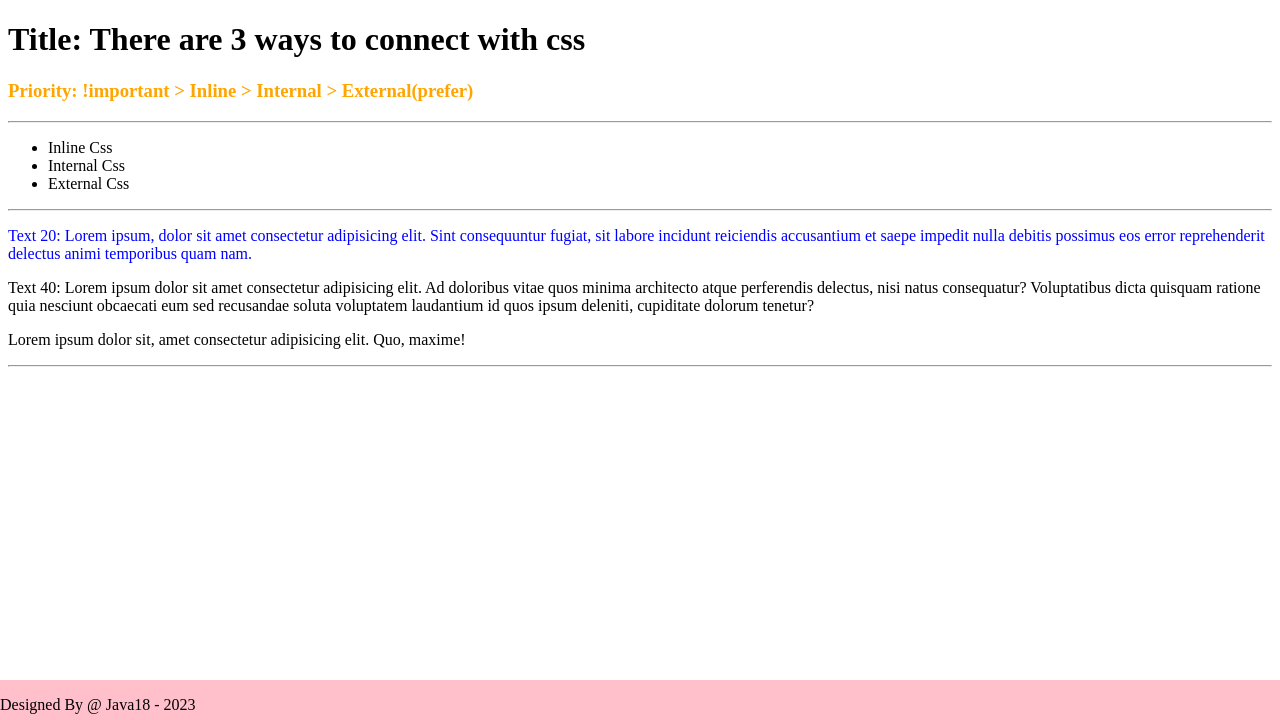
Repository: j4tdn/java18-repository
Page: 2. CSS3/ex02-css-selector-class-id.html
An editor plug-in stored every save of this project. The page is shown before and after the next save, followed by the edit.
The browser window is 1280 px wide. The pictures show the whole page.

Above is the page before, as saved 2023-10-21 17:59:54.

After the next save:
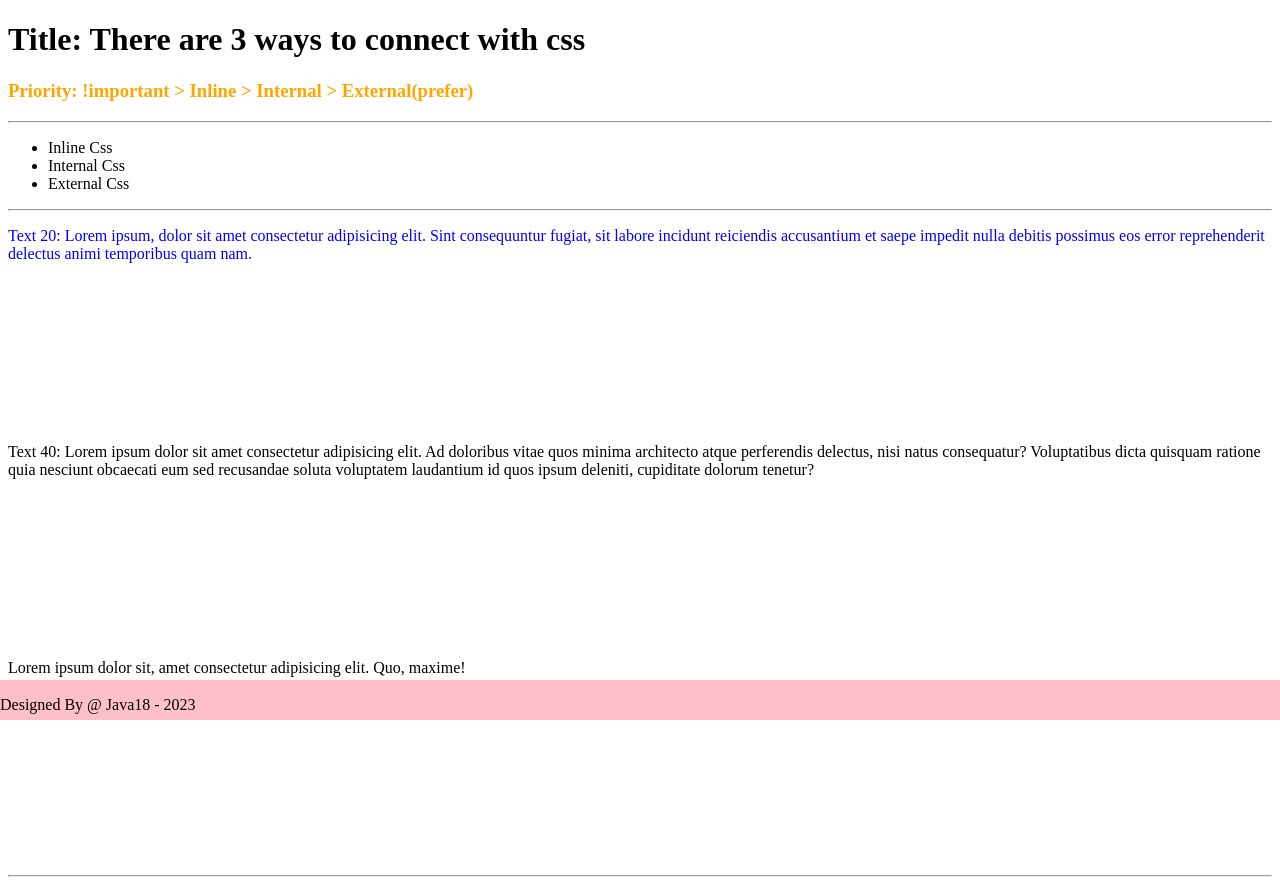
Saved 17 s later.
--- a/2. CSS3/css/style-base.css
+++ b/2. CSS3/css/style-base.css
@@ -19,3 +19,6 @@
   height: 40px;
   background-color: pink;
 }
+p {
+  height: 200px;
+}
